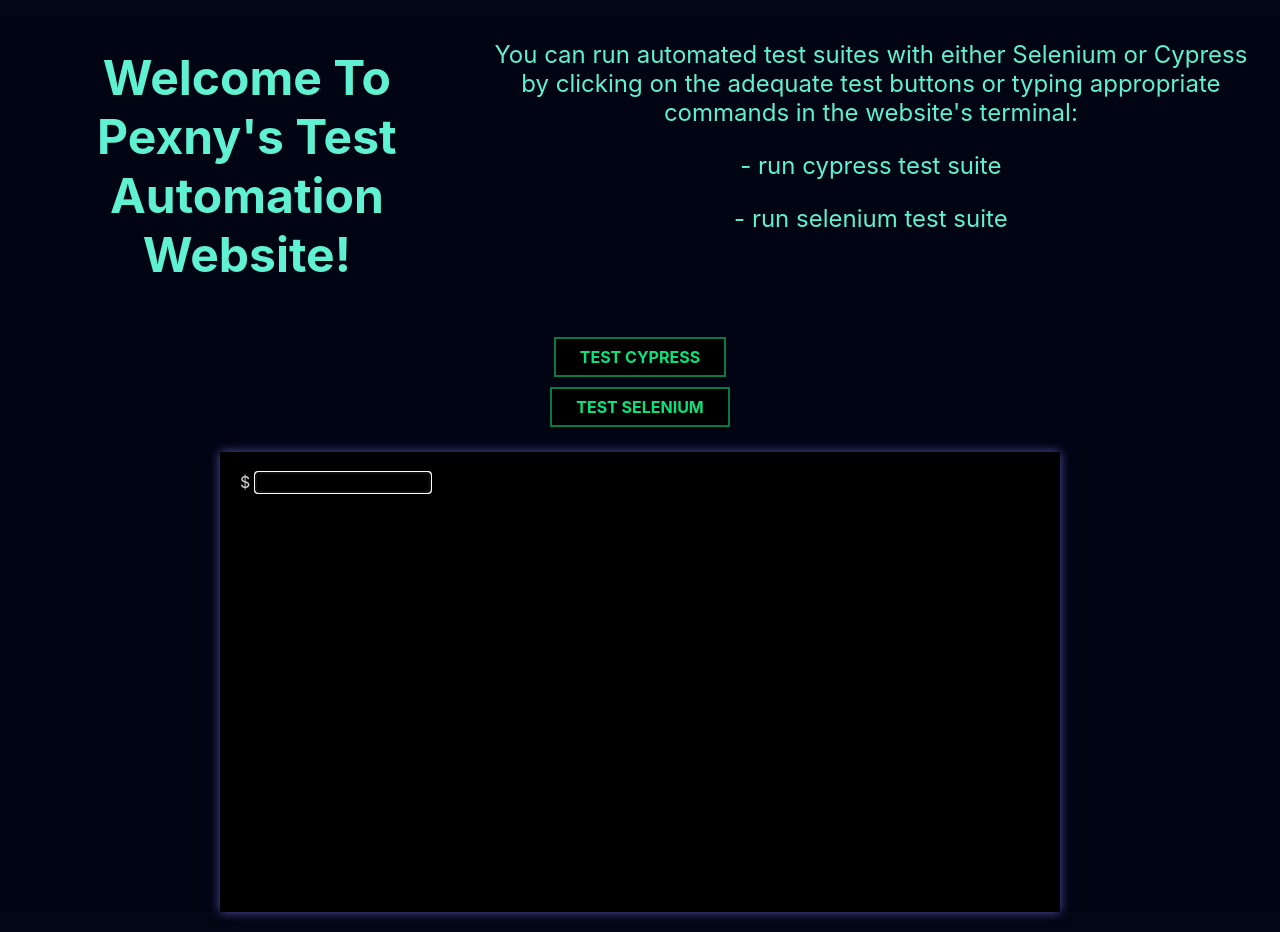
Repository: p3xny/Test-Automation-Website
Page: / (app in client/)
The author's editor kept a copy of each file at every save. The page is drawn from the files as they stood at one save, then again after the next save.
The browser window is 1280 px wide. The pictures show the whole page.
The project was rebuilt for these pictures with package versions that can differ from the ones it lists, and the page was loaded fresh each time. Also part of the build but not shown: client/src/components/UI/TestMenu.js, client/src/components/UI/Card.module.css, client/src/components/UI/Card.js.

Above is the page before, as saved 2023-08-26 13:17:29.

After the next save:
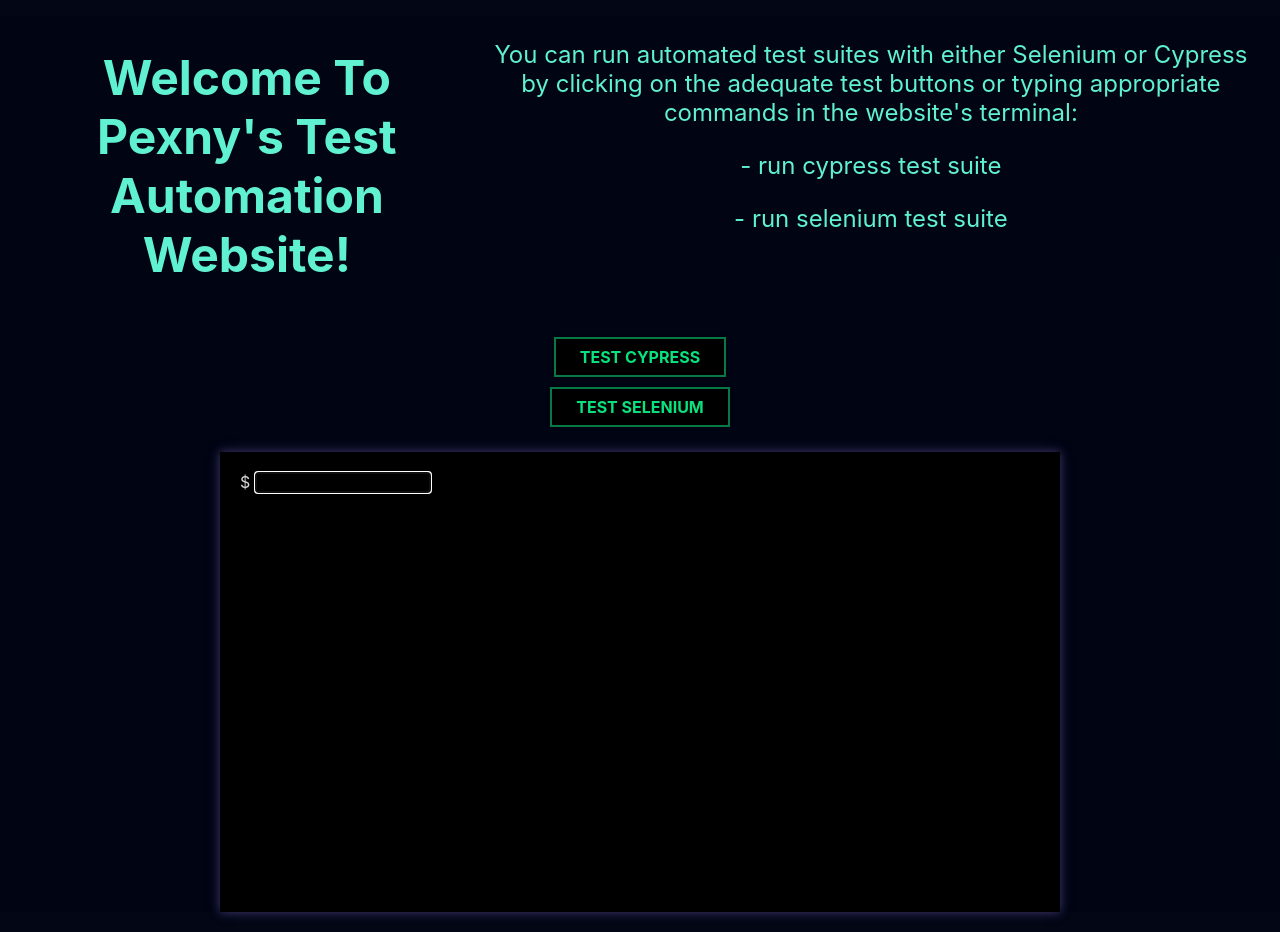
Saved 9 s later.
--- a/client/src/components/Terminal/Terminal.module.css
+++ b/client/src/components/Terminal/Terminal.module.css
@@ -14,7 +14,7 @@
   overflow-y: auto;
   overflow-x: auto;
   /* box-shadow: 0 0 10px rgba(23, 78, 62, 0.2); */
-  box-shadow: 0 0 10px rgba(116, 99, 209, 0.767);
+  box-shadow: 0 0 10px rgba(86, 76, 145, 0.767);
   overflow-wrap: break-word;
 }
 
